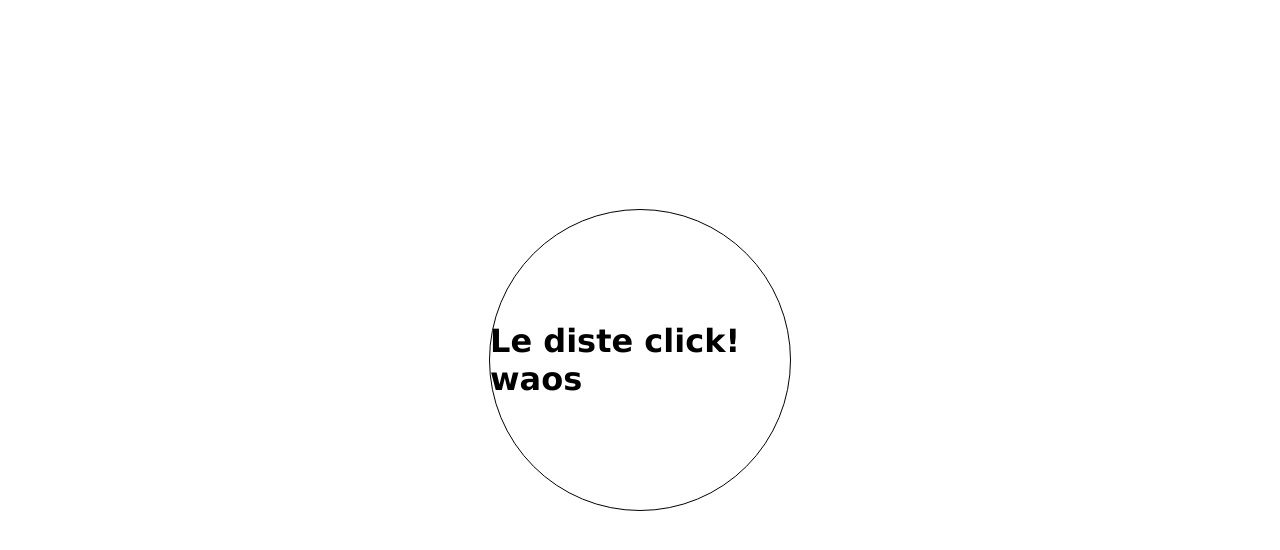
Repository: Kevin8548/FundamentosJS
Page: index.html
The author's editor kept a copy of each file at every save. The page is drawn from the files as they stood at one save, then again after the next save.
The browser window is 1280 px wide. The pictures show the whole page.
After loading, the first visible `div` was clicked once.

Above is the page before, as saved 2024-09-20 09:55:24.

After the next save:
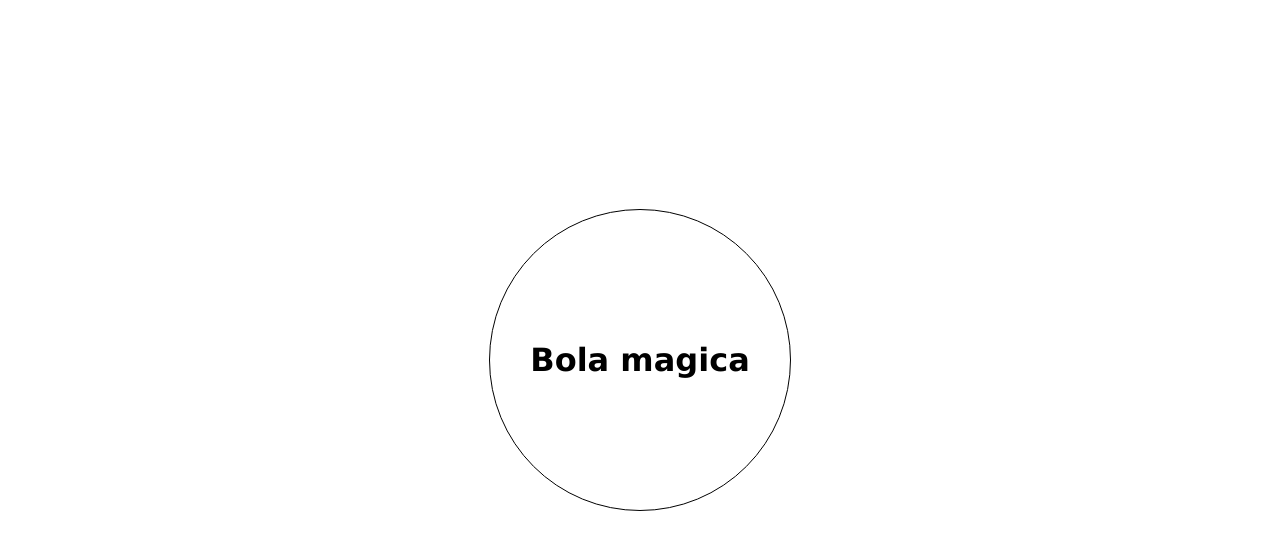
Saved 66 s later.
--- a/app.js
+++ b/app.js
@@ -9,10 +9,10 @@ const eightball = () => {
     const phrase = Math.floor(Math.random() * 8);
     switch(phrase){
         case 0:
-    console.log("Si ")
+    message.innerText = "Le diste click! waos"
     break;
     case 1:
-    console.log("No ")
+    message.innerText = "Le diste sabdnsfg click! waos"
     break;
     case 2:
     console.log("Nel ")
@@ -27,10 +27,9 @@ const eightball = () => {
     console.log("If ")
     break;
     case 6:
-    message.innerText = "Le diste click! wacfvhjos"
+    console.log("No 2.0 ")
     break;
     }
-    message.innerText = "Le diste click! waos"
 }
 
 ball.addEventListener('click', eightball);
